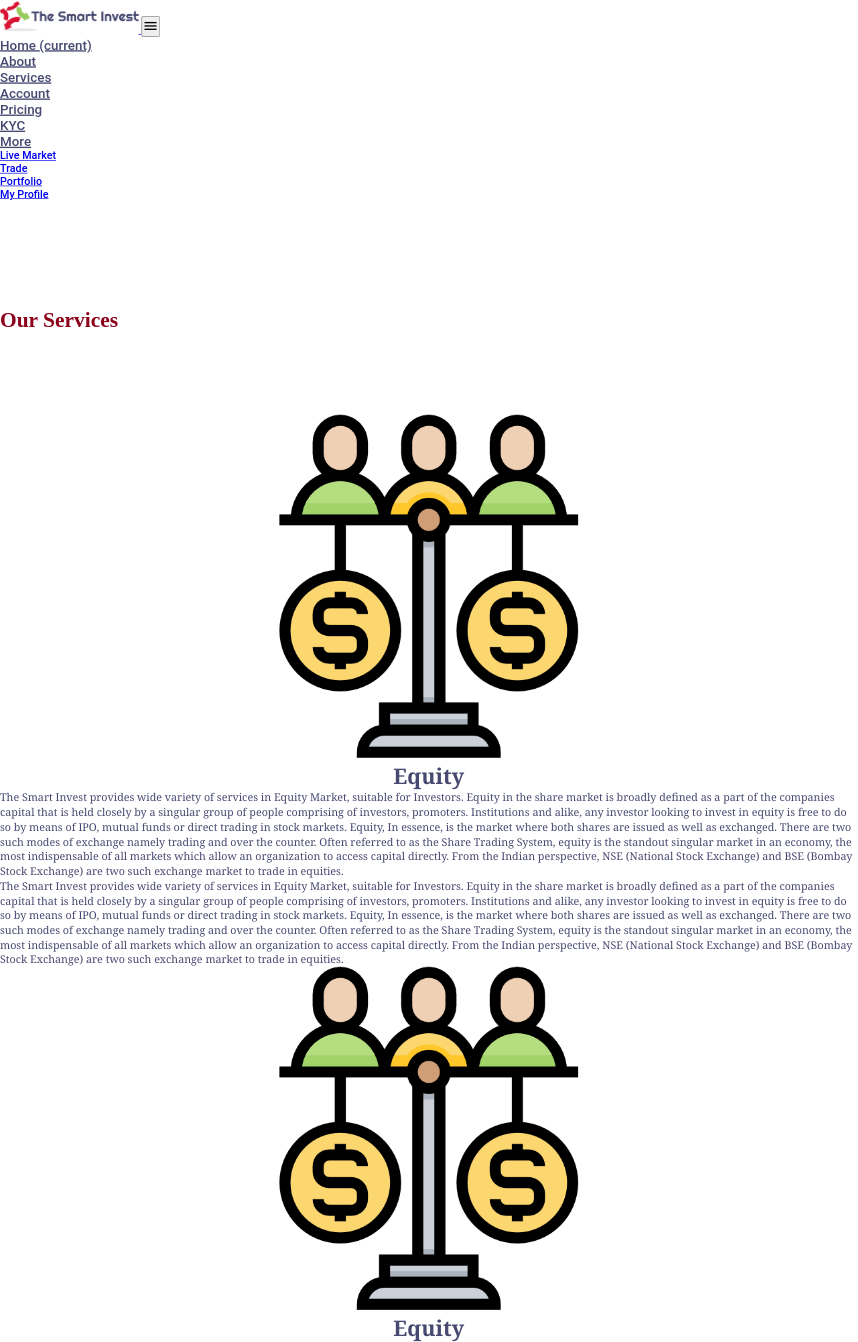
Repository: Demonster1999/Invest-Mart-new
Page: services.html
These files come from the project's save history. The page is drawn as it stood at one moment and after the next save; the edit follows.
The browser window is 1280 px wide. The pictures show the whole page, at 67% of full size.
Some web libraries are served in a nearby version.

Above is the page before, as saved 2020-05-01 21:39:11.
Console error: TypeError: Failed to execute 'addEventListener' on 'EventTarget': parameter 2 is not of type 'Object'.

After the next save:
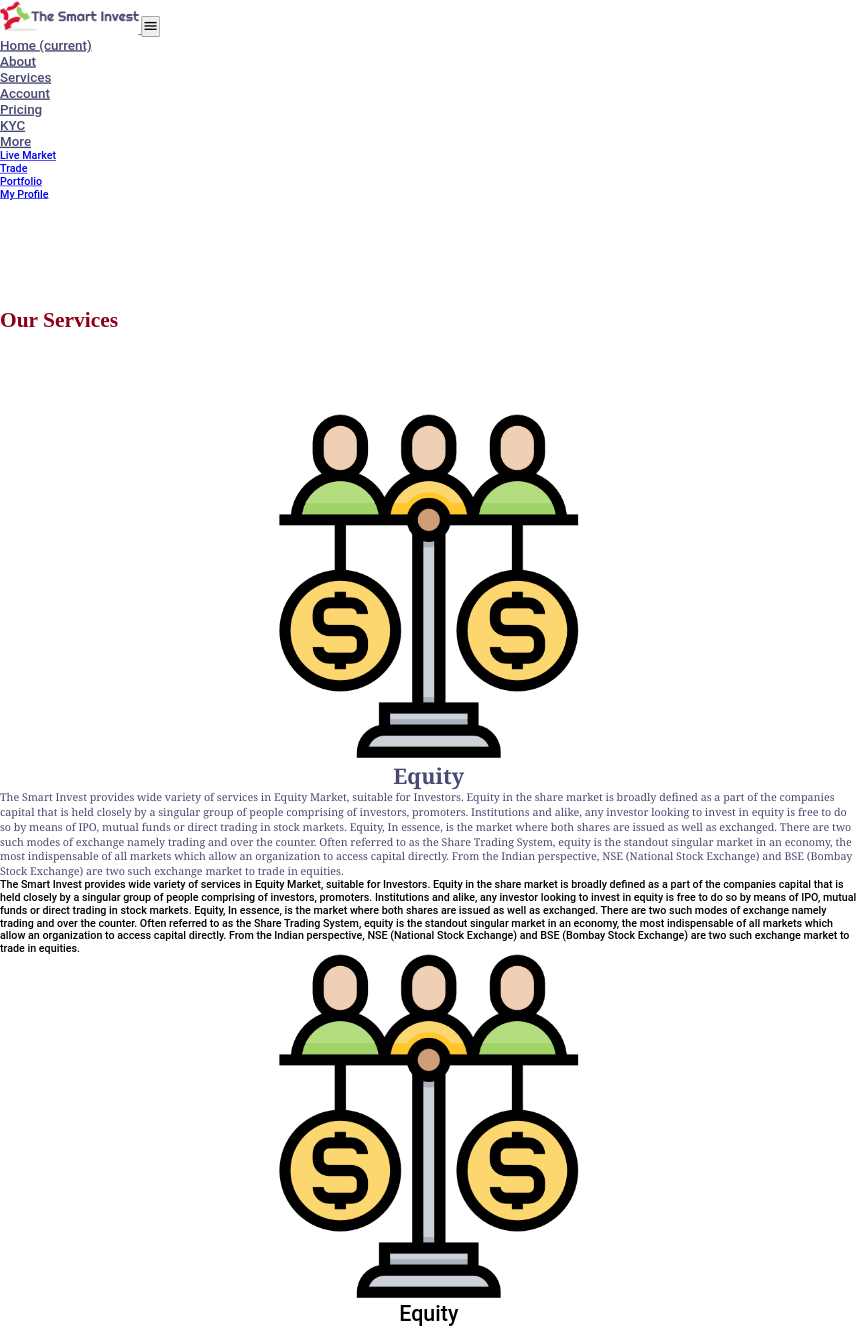
Saved 26 s later.
--- a/services.html
+++ b/services.html
@@ -117,8 +117,7 @@
 
      </div>
    </div>
-      <div class="services container-fluid pt-5 mt-5"
-        style="color:#484971 ; font-family :Georgia, 'Times New Roman', Times, serif ;">
+      <div class="services container-fluid pt-5 mt-5">
         <div class="row">
 
           <div class="col-md-6 p-5">
